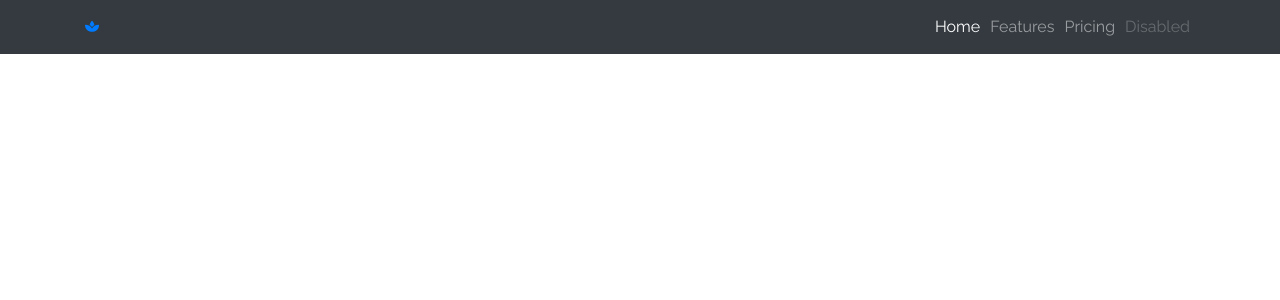
Repository: KrzysKolo/Projekt-13_Kwiaciarnia
Page: index.html
An editor plug-in stored every save of this project. The page is shown before and after the next save, followed by the edit.
The browser window is 1280 px wide. The pictures show the whole page.
Some web libraries are served in a nearby version.

Above is the page before, as saved 2020-08-07 12:22:44.

### index.html
<!DOCTYPE html>
<html lang="pl">
  <head>
    <meta charset="UTF-8" />
    <meta name="viewport" content="width=device-width, initial-scale=1.0" />
    <title>Bukieciarnia</title>
    <script
      src="https://kit.fontawesome.com/21efeaf281.js"
      crossorigin="anonymous"
    ></script>

    <link
      rel="stylesheet"
      href="https://stackpath.bootstrapcdn.com/bootstrap/4.5.0/css/bootstrap.min.css"
      integrity="sha384-9aIt2nRpC12Uk9gS9baDl411NQApFmC26EwAOH8WgZl5MYYxFfc+NcPb1dKGj7Sk"
      crossorigin="anonymous"
    />
    <link
      href="https://fonts.googleapis.com/css2?family=Raleway:wght@400;700&display=swap"
      rel="stylesheet"
    />
    <link rel="stylesheet" href="style.css" />
  </head>
  <body>
    <nav class="navbar navbar-expand-lg navbar-dark bg-dark py-3">
      <div class="container">
        <a class="navbar-brand" href="#"
          ><i class="fas fa-spa text-primary"></i
        ></a>
        <button
          class="navbar-toggler"
          type="button"
          data-toggle="collapse"
          data-target="#navbarNavAltMarkup"
          aria-controls="navbarNavAltMarkup"
          aria-expanded="false"
          aria-label="Toggle navigation"
        >
          <span class="navbar-toggler-icon"></span>
        </button>
        <div class="collapse navbar-collapse" id="navbarNavAltMarkup">
          <div class="navbar-nav ml-auto">
            <a class="nav-link active" href="#"
              >Home <span class="sr-only">(current)</span></a
            >
            <a class="nav-link" href="#">Features</a>
            <a class="nav-link" href="#">Pricing</a>
            <a
              class="nav-link disabled"
              href="#"
              tabindex="-1"
              aria-disabled="true"
              >Disabled</a
            >
          </div>
        </div>
      </div>
    </nav>

    <script
      src="https://code.jquery.com/jquery-3.5.1.slim.min.js"
      integrity="sha384-DfXdz2htPH0lsSSs5nCTpuj/zy4C+OGpamoFVy38MVBnE+IbbVYUew+OrCXaRkfj"
      crossorigin="anonymous"
    ></script>
    <script
      src="https://cdn.jsdelivr.net/npm/popper.js@1.16.0/dist/umd/popper.min.js"
      integrity="sha384-Q6E9RHvbIyZFJoft+2mJbHaEWldlvI9IOYy5n3zV9zzTtmI3UksdQRVvoxMfooAo"
      crossorigin="anonymous"
    ></script>
    <script
      src="https://stackpath.bootstrapcdn.com/bootstrap/4.5.0/js/bootstrap.min.js"
      integrity="sha384-OgVRvuATP1z7JjHLkuOU7Xw704+h835Lr+6QL9UvYjZE3Ipu6Tp75j7Bh/kR0JKI"
      crossorigin="anonymous"
    ></script>
  </body>
</html>

### style.css
* {
  box-sizing: border-box;
  margin: 0;
  padding: 0;
}
html {
  font-size: 62.5%;
}
body {
  font-family: "Raleway", sans-serif;
  font-size: 1.6rem;
}

After the next save:
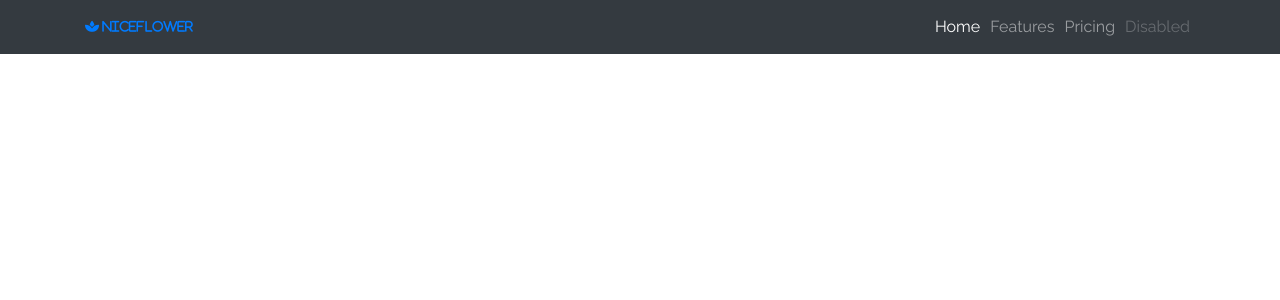
Saved 7 min 41 s later.
--- a/index.html
+++ b/index.html
@@ -3,7 +3,7 @@
   <head>
     <meta charset="UTF-8" />
     <meta name="viewport" content="width=device-width, initial-scale=1.0" />
-    <title>Bukieciarnia</title>
+    <title>Nice-Flower</title>
     <script
       src="https://kit.fontawesome.com/21efeaf281.js"
       crossorigin="anonymous"
@@ -25,8 +25,8 @@
     <nav class="navbar navbar-expand-lg navbar-dark bg-dark py-3">
       <div class="container">
         <a class="navbar-brand" href="#"
-          ><i class="fas fa-spa text-primary"></i
-        ></a>
+          ><i class="fas fa-spa text-primary"> Nice<span>Flower</span></i></a
+        >
         <button
           class="navbar-toggler"
           type="button"
